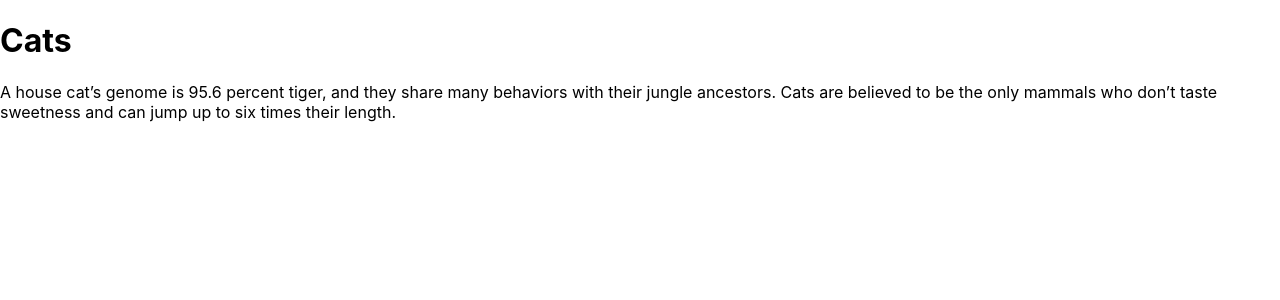
Repository: technogize/next-test-site
Page: /animals/cats
These files come from the project's save history. The page is drawn as it stood at one moment and after the next save; the edit follows.
The browser window is 1280 px wide. The pictures show the whole page.
The project was rebuilt for these pictures with package versions that can differ from the ones it lists, and the page was loaded fresh each time. The framework's server and built-in components were replaced by stand-ins that run in the browser.

Above is the page before, as saved 2021-10-02 09:03:10.

### pages/animals/cats.js
import React from 'react'

const Cats = () => {
    return (
        <div>
            <h1>Cats</h1>
            <p>A house cat’s genome is 95.6 percent tiger, and they share many behaviors with their jungle ancestors. Cats are believed to be the only mammals who don’t taste sweetness and can jump up to six times their length.</p>
        </div>
    )
}

export default Cats

### components/Navbar.js
import React from 'react'
import Link from 'next/link'

const Navbar = () => {
    return (
        <nav>
            <div className='logo'>
                <h1>LOGO</h1>
            </div>
            <Link href="/">Home</Link>
            <Link href="/animals">Animals</Link>
            <Link href="/about">About</Link>
        </nav>
    )
}

export default Navbar

Loaded but not shown: pages/_app.js (common file); styles/globals.css (common file)

After the next save:
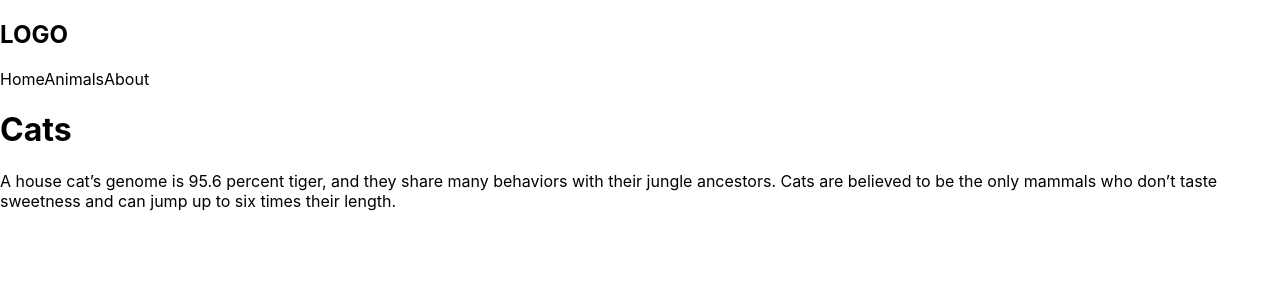
Saved 11 s later.
--- a/pages/animals/cats.js
+++ b/pages/animals/cats.js
@@ -1,8 +1,10 @@
 import React from 'react'
+import Navbar from '../../components/Navbar'
 
 const Cats = () => {
     return (
         <div>
+            <Navbar />
             <h1>Cats</h1>
             <p>A house cat’s genome is 95.6 percent tiger, and they share many behaviors with their jungle ancestors. Cats are believed to be the only mammals who don’t taste sweetness and can jump up to six times their length.</p>
         </div>
